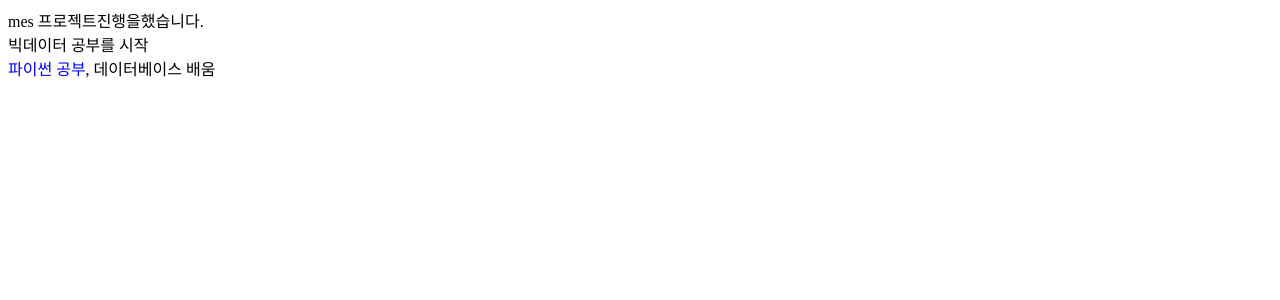
Repository: nijooymik/smartfactory
Page: jsp/t0718/src/main/webapp/html/divspan.html
These files come from the project's save history. The page is drawn as it stood at one moment and after the next save; the edit follows.
The browser window is 1280 px wide. The pictures show the whole page.

Above is the page before, as saved 2022-07-18 06:14:47.

### jsp/t0718/src/main/webapp/html/divspan.html
<!DOCTYPE html>
<html>
<head>
<meta charset="EUC-KR">
<title>Insert title here</title>
</head>
<body>
<div>
	mes 프로젝트진행을했습니다.
	<br>
	빅데이터 공부를 시작
	<br>
	<span style="color:blue">파이썬 공부</span>, 데이터베이스 배움
</div>
<div style"height:20px; background-color:yellow"></div>
</body>
</html>

After the next save:
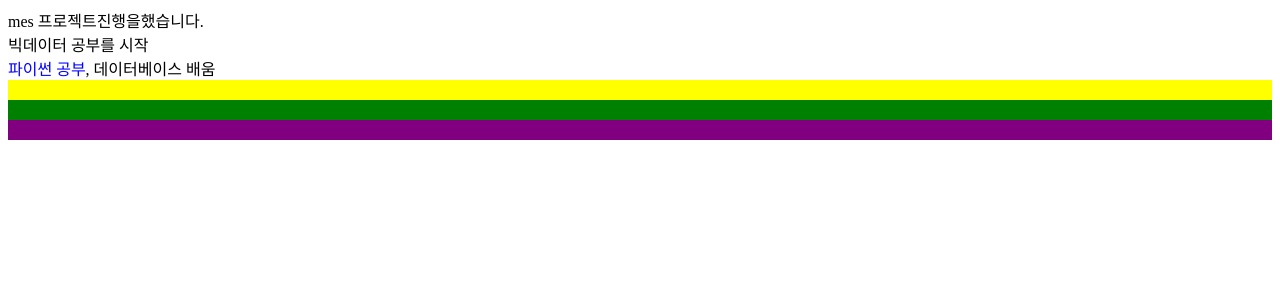
Saved 34 s later.
--- a/jsp/t0718/src/main/webapp/html/divspan.html
+++ b/jsp/t0718/src/main/webapp/html/divspan.html
@@ -12,6 +12,8 @@
 	<br>
 	<span style="color:blue">파이썬 공부</span>, 데이터베이스 배움
 </div>
-<div style"height:20px; background-color:yellow"></div>
+<div style="height:20px; background-color:yellow"></div>
+<div style="height:20px; background-color:green"></div>
+<div style="height:20px; background-color:purple"></div>
 </body>
 </html>
